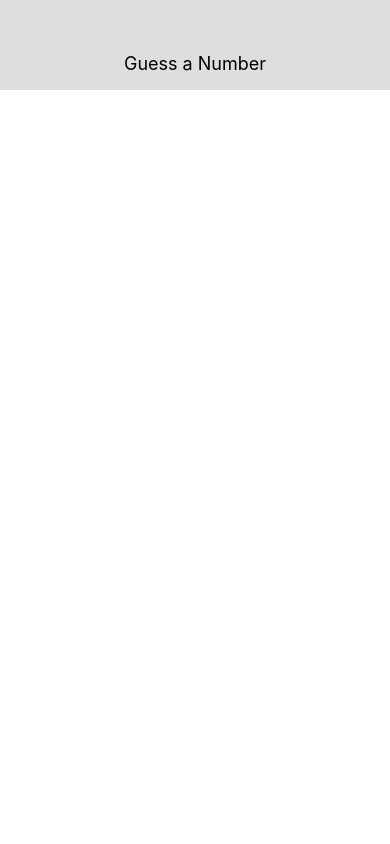
Repository: oguzhan18m/react-native-guess-number-game
Screen: /
These files come from the project's save history. The screen is drawn as it stood at one moment and after the next save; the edit follows.
The app was drawn by React Native's web renderer in a window 390 px wide. The project was rebuilt for these pictures with package versions that can differ from the ones it lists, and the page was loaded fresh each time.

Above is the screen before, as saved 2021-03-03 21:37:02.

After the next save:
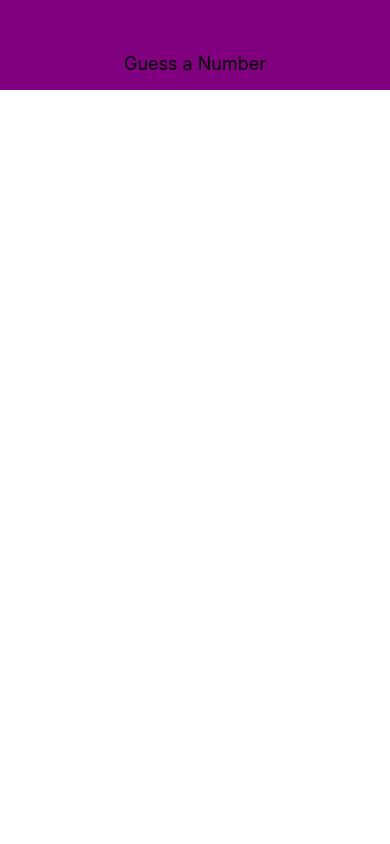
Saved 13 min 54 s later.
--- a/components/Header.js
+++ b/components/Header.js
@@ -14,7 +14,7 @@ const styles = StyleSheet.create({
         width:'100%',
         height:90,
         paddingTop:36,
-        backgroundColor:'#dedede',
+        backgroundColor:'purple',
         alignItems:'center',
         justifyContent:'center',
     },
